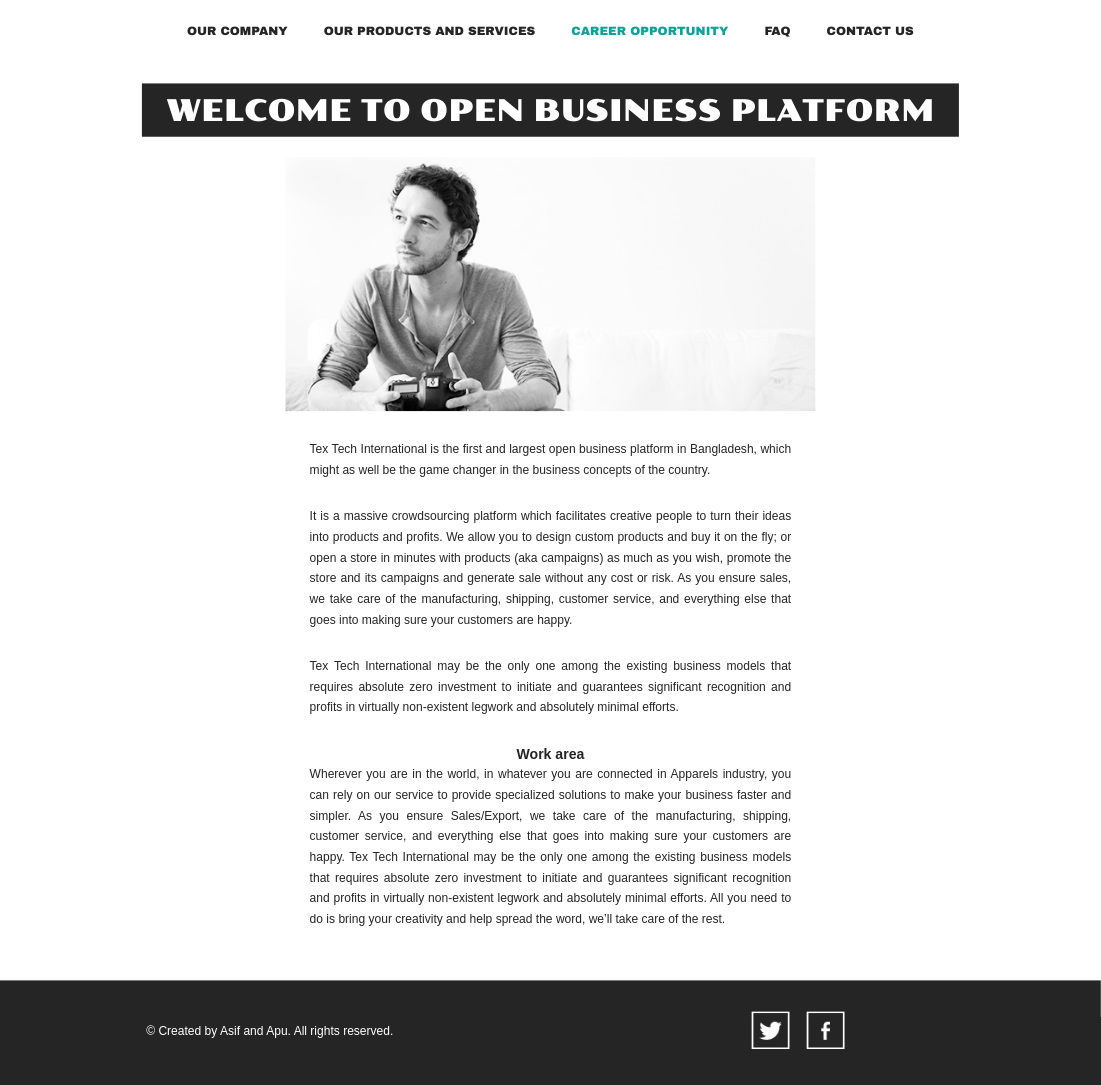
Repository: asifdotpy/textechint
Page: about.html
These files come from the project's save history. The page is drawn as it stood at one moment and after a run of saves; the edit follows.
The browser window is 1280 px wide. The pictures show the whole page, at 86% of full size.

Above is the page before, as saved 2021-02-24 00:49:24.

After the next 2 saves:
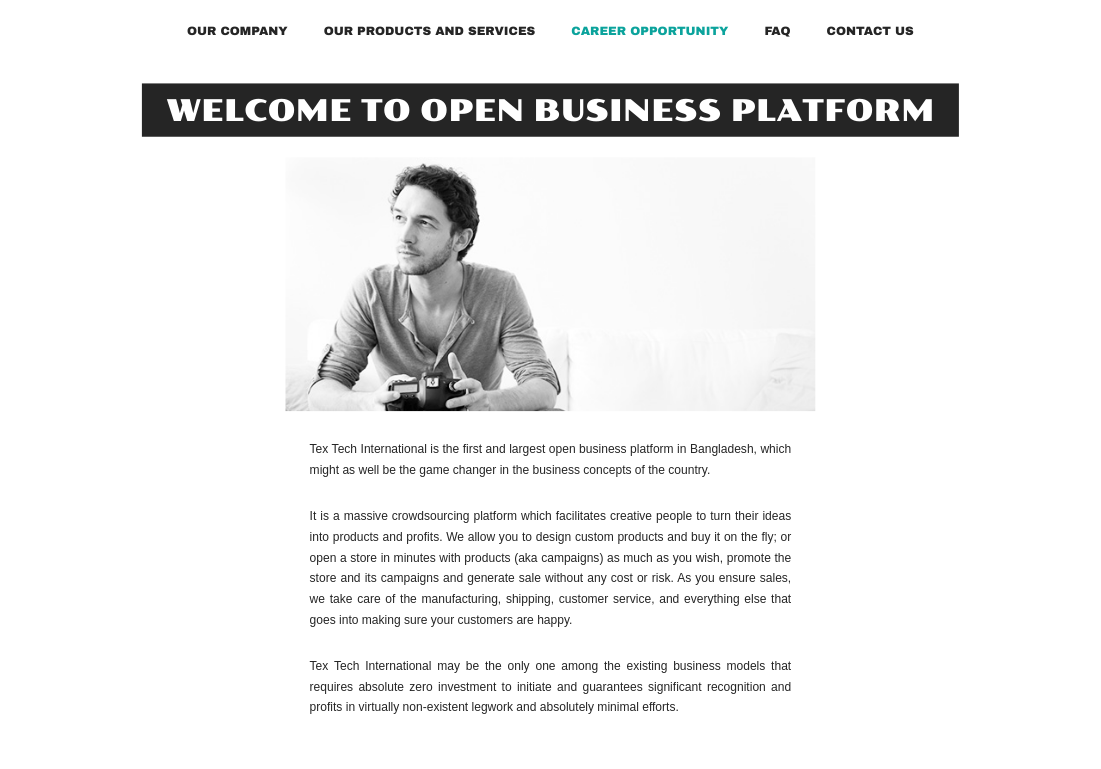
The 2 saves are shown as one change because they came seconds apart.
The last was saved 9 s later.
--- a/about.html
+++ b/about.html
@@ -40,7 +40,7 @@
 				<p>It is a massive crowdsourcing platform which facilitates creative people to turn their ideas into products and profits. We allow you to design custom products and buy it on the fly; or open a store in minutes with products (aka campaigns) as much as you wish, promote the store and its campaigns and generate sale without any cost or risk. As you ensure sales, we take care of the manufacturing, shipping, customer service, and everything else that goes into making sure your customers are happy.</p>
 				<!--<h3>Be Part of Our Community</h3>-->
 				<p>Tex Tech International may be the only one among the existing business models that requires absolute zero investment to initiate and guarantees significant recognition and profits in virtually non-existent legwork and absolutely minimal efforts.</p>
-				<h3>Work area</h3>
+				<!--<h3>Work area</h3>
 				<p>
 					Wherever you are in the world, in whatever you are connected in Apparels industry, you can rely on our service to provide specialized solutions to make your business faster and simpler. As you ensure Sales/Export, we take care of the manufacturing, shipping, customer service, and everything else that goes into making sure your customers are happy. Tex Tech International may be the only one among the existing business models that requires absolute zero investment to initiate and guarantees significant recognition and profits in virtually non-existent legwork and absolutely minimal efforts. All you need to do is bring your creativity and help spread the word, we’ll take care of the rest.
 
